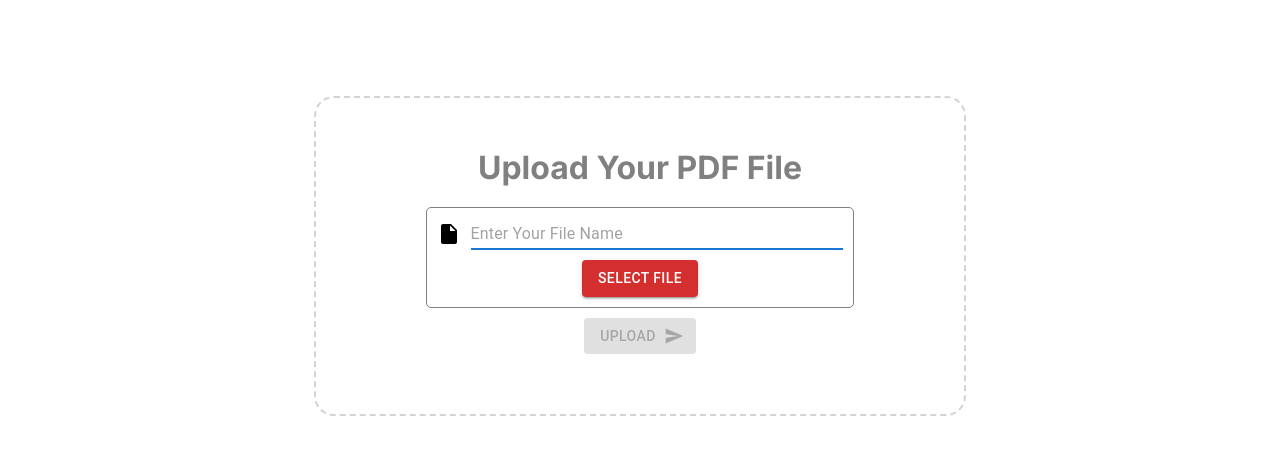
Repository: BhushanPatil-121/pdf-upload-nextjs
Page: /
The author's editor kept a copy of each file at every save. The page is drawn from the files as they stood at one save, then again after a run of saves.
The browser window is 1280 px wide. The pictures show the whole page.
The project was rebuilt for these pictures with package versions that can differ from the ones it lists, and the page was loaded fresh each time. The framework's server and built-in components were replaced by stand-ins that run in the browser. Also part of the build but not shown: next.config.mjs.

Above is the page before, as saved 2024-02-29 11:07:37.

### src/app/page.tsx
"use client"
import styles from "./page.module.css";
import { styled } from '@mui/material/styles';
import Button from '@mui/material/Button';
import CloudUploadIcon from '@mui/icons-material/CloudUpload';
import { useState } from 'react';
import { Alert, Box, Stack, TextField } from "@mui/material";
import InsertDriveFileIcon from '@mui/icons-material/InsertDriveFile';
import SendIcon from '@mui/icons-material/Send';
import LoadingButton from '@mui/lab/LoadingButton';
import { CloudDownload } from "@mui/icons-material";

const VisuallyHiddenInput = styled('input')({
  clip: 'rect(0 0 0 0)',
  clipPath: 'inset(50%)',
  height: 1,
  overflow: 'hidden',
  position: 'absolute',
  bottom: 0,
  left: 0,
  whiteSpace: 'nowrap',
  width: 1,
});

export default function Home() {
  const [loading, setLoading] = useState(false);
  const [uploading, setUploding] = useState(false);
  const [fileName, setFileName] = useState<string>("")
  const [defaultFileName, setDefaultFileName] = useState<string>("")
  const [file, setFile] = useState<string>("")
  function handleClick(e: any) {
    setLoading(true);
    setTimeout(() => setLoading(false), 3000);
    setTimeout(() => {
      setUploding(true)
      setFileName("")
      setFile("")
    }, 3000);
    setTimeout(() => setUploding(false), 6000);
    e.preventDefault();
    let formData = new FormData();
    formData.append('filename', fileName);
    formData.append('file', file);
    console.log(fileName, file);
  }
  return (
    <main className={styles.main}>
      <div className={styles.mainContainer}>
        <h1 className={styles.mainHeading}>Upload Your PDF File</h1>
        <form className={styles.mainForm}>
          <div className={styles.mainFormContainer}>
            <div className={styles.mainFormSubContainer1}>
              <InsertDriveFileIcon />
              <Box sx={{width:'100%'}}>
              <TextField
                id="standard-basic"
                fullWidth
                placeholder="Enter Your File Name"
                value={fileName}
                autoFocus
                onChange={(e) => { setFileName(e.target.value) }}
                variant="standard" />
              </Box>
            </div>
            <div className={styles.mainFormSubContainer2}>

              <Button
                component="label"
                role={undefined}
                variant="contained"
                tabIndex={-1}
                color={file ? "success" : "error"}
                onChange={(e: any) => {
                  setFile(e.target.files[0]);
                  setDefaultFileName(e.target.files[0].name);
                }}>Select file
                <VisuallyHiddenInput type="file" accept="application/pdf" />
              </Button>
            </div>
          </div>
          <LoadingButton
            onClick={handleClick}
            endIcon={<SendIcon />}
            loading={loading}
            disabled={fileName.length < 1}
            loadingPosition="end"
            variant="contained">
            {
              loading ? "Uploading..." : "Upload"
            }
          </LoadingButton>
        </form>
      </div>
      {
        uploading &&
        <Stack sx={{ width: '50%' }} spacing={2}>
          <Alert variant="filled" severity="success">
            File Upload Successfully
          </Alert>
        </Stack>
      }
    </main>
  );
}

### src/app/globals.css


* {
  box-sizing: border-box;
  padding: 0;
  margin: 0;
}

html,
body {
  max-width: 100vw;
  overflow-x: hidden;
}


a {
  color: inherit;
  text-decoration: none;
}

### src/app/page.module.css
.main {
  display: flex;
  flex-direction: column;
  justify-content: start;
  gap: 20px;
  align-items: center;
  padding: 6rem;
  min-height: 100vh;
}

.mainContainer {
  width: 60%;
  display: flex;
  flex-direction: column;
  justify-content: center;
  align-items: center;
  padding: 50px 100px;
  border-radius: 20px;
  border: dashed 2px lightgrey;
}

.mainHeading {
  color: grey;
}

.mainForm {
  display: flex;
  flex-direction: column;
  align-items: center;
  justify-content: center;
  width: 100%;
  padding: 10px;
  border-radius: 10px;
}

.mainFormContainer {
  display: flex;
  flex-direction: column;
  align-items: center;
  justify-content: center;
  width: 100%;
  height: 100%;
  border: 1px solid grey;
  border-radius: 5px;
  padding: 10px;
  gap: 10px;
  margin: 10px;
}

.mainFormSubContainer1 {
  display: flex;
  flex-direction: row;
  align-items: center;
  justify-content: center;
  gap: 10px;
  width: 100%;
}

.mainFormSubContainer2 {
  display: flex;
  flex-direction: row;
  align-items: center;
  justify-content: center;
  gap: 10px;
  width: 100%;

}

Loaded but not shown: src/app/layout.tsx (common file)

After the next 8 saves:
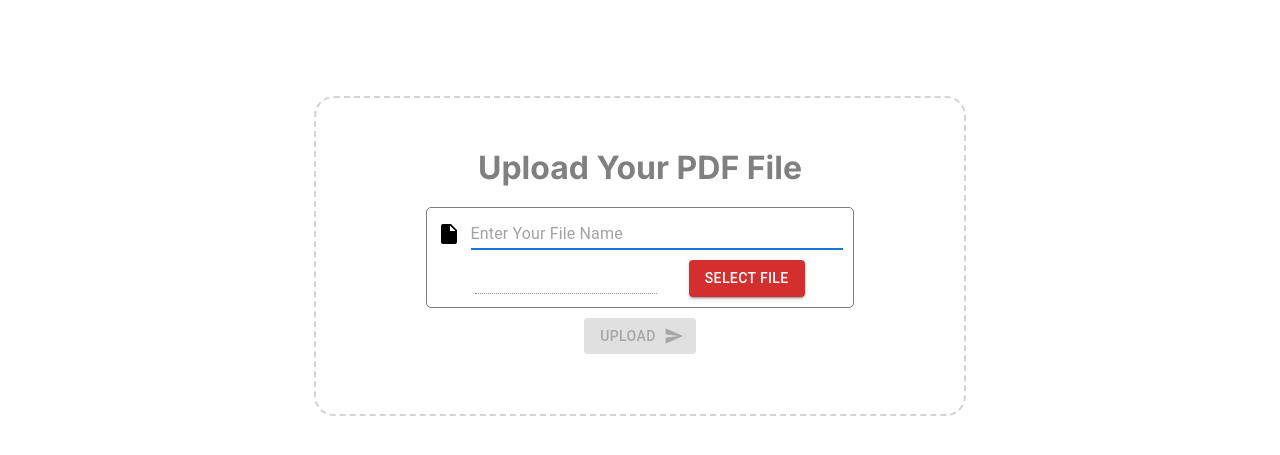
The 8 saves are shown as one change because they came seconds apart.
The last was saved 19 s later.
--- a/src/app/page.tsx
+++ b/src/app/page.tsx
@@ -63,7 +63,16 @@ export default function Home() {
               </Box>
             </div>
             <div className={styles.mainFormSubContainer2}>
-
+              <Box sx={{width:'50%'}}>
+              <TextField
+                id="standard-multiline-static"
+                multiline
+                rows={1}
+                disabled
+                variant="standard"
+                value={defaultFileName}
+              />
+              </Box>
               <Button
                 component="label"
                 role={undefined}
